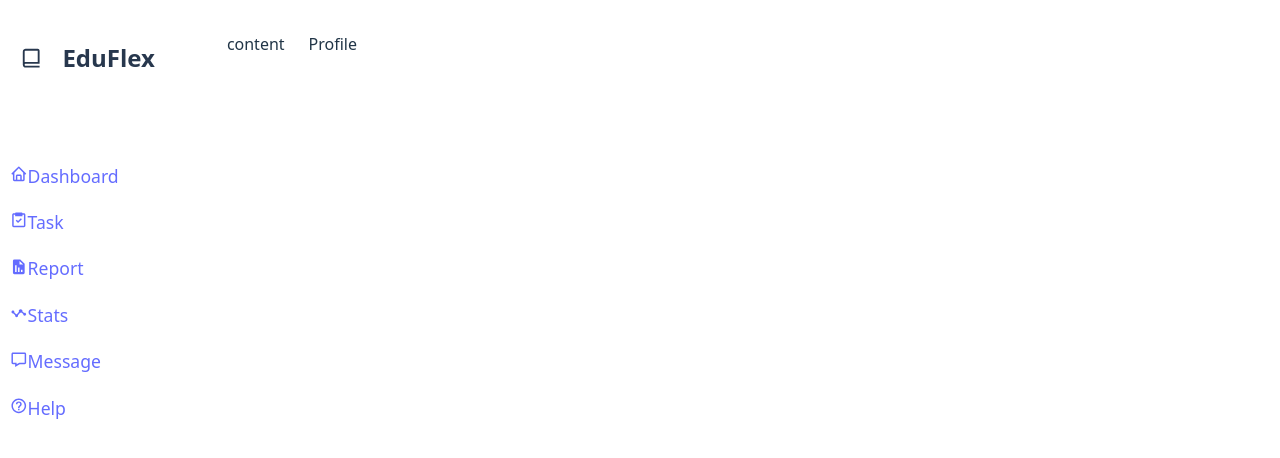
Repository: gogg23/react-dash
Page: /
These files come from the project's save history. The page is drawn as it stood at one moment and after the next save; the edit follows.
The browser window is 1280 px wide. The pictures show the whole page.
The project was rebuilt for these pictures with package versions that can differ from the ones it lists, and the page was loaded fresh each time. Also part of the build but not shown: vite.config.js.

Above is the page before, as saved 2025-03-28 17:25:53.

### index.html
<!DOCTYPE html>
<html lang="en">
  <head>
    <meta charset="UTF-8" />
    <link rel="icon" type="image/svg+xml" href="/vite.svg" />
    <meta name="viewport" content="width=device-width, initial-scale=1.0" />
    <title>React Dashboard</title>
  </head>
  <body>
    <div id="root"></div>
    <script type="module" src="/src/main.jsx"></script>
  </body>
</html>

### src/App.jsx
import React from 'react';
import Sidebar from './components/Sidebar';
import Content from './components/Content';
import Profile from './components/Profile';
import './App.css';

const App = () => {
  return (
    <div className='dashboard'>
      <Sidebar />
      <div className='dashboard--content'>
        <>
          <Content />
          <Profile />
        </>
      </div>
    </div>
  );
};

export default App;

### src/components/Sidebar.jsx
import React from 'react';
import {
  BiHome,
  BiBookAlt,
  BiTask,
  BiMessage,
  BiSolidReport,
  BiStats,
  BiHelpCircle,
  BiTaskX,
} from 'react-icons/bi';
import '../styles/Sidebar.css';
const Sidebar = () => {
  return (
    <div className='menu'>
      <div className='logo'>
        <BiBookAlt className='logo-icon' />
        <h2>EduFlex</h2>
      </div>

      <div className='menu--items'>
        <a href='' className='item'>
          <BiHome />
          Dashboard
        </a>
        <a href='' className='item'>
          <BiTask />
          Task
        </a>
        <a href='' className='item'>
          <BiSolidReport />
          Report
        </a>
        <a href='' className='item'>
          <BiStats />
          Stats
        </a>
        <a href='' className='item'>
          <BiMessage />
          Message
        </a>
        <a href='' className='item'>
          <BiHelpCircle />
          Help
        </a>
      </div>
    </div>
  );
};

export default Sidebar;

### src/components/Content.jsx
import React from 'react';

function content() {
  return <div>content</div>;
}

export default content;

### src/components/Profile.jsx
import React from 'react';

function Profile() {
  return <div className='profile'>Profile</div>;
}
export default Profile;

### src/App.css
.dashboard {
  display: flex;
  gap: 20px;
}

.dashboard--content {
  background: #fff;
  flex: 1;
  border-radius: 20px;
  padding: 2rem;
  display: flex;
  gap: 1.5rem;
  justify-content: space-between;
}

### src/styles/sidebar.css
.sidebar {
  background-color: #dde6ed; /* Adjust to match your desired grey */
  width: 250px; /* Ensure proper width */
  height: 100vh; /* Full height */
  padding: 20px;
}

/* Menu container */
.menu {
  display: flex;
  flex-direction: column;
  gap: 2.3rem;
  height: 94vh;
}

/* Logo styles */
.logo {
  text-align: center;
  padding: 20px;
  color: #27374d;
  align-items: center;
  display: flex;
  gap: 20px;
}

.logo-icon {
  font-size: 1.4rem;
}

/* Menu items */
.menu--items {
  display: flex;
  flex-direction: column;
  gap: 20px;
  font-size: 1.1rem;
  text-decoration: none;
  font-weight: 600;
  padding: 10px;
  border-radius: 10px;
  transition: 0.3s ease-in-out;
  color: #27374d;
}

/* Menu item hover effect */
.menu--items .item:hover {
  background-color: #27374d;
  color: #dde6ed;
}

Loaded but not shown: src/main.jsx (common file); src/index.css (common file)

After the next save:
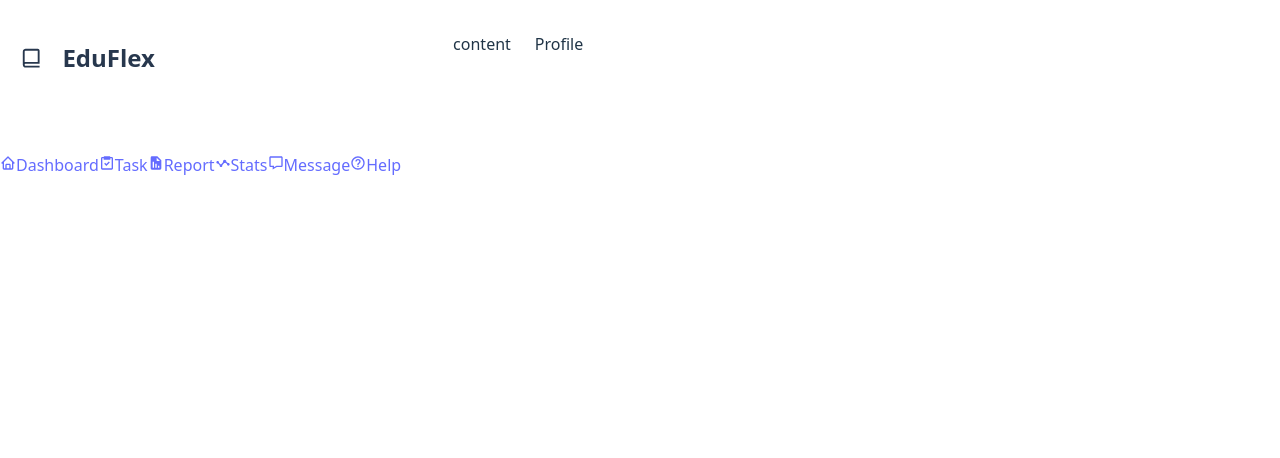
Saved 7 min 25 s later.
--- a/src/components/Sidebar.jsx
+++ b/src/components/Sidebar.jsx
@@ -18,7 +18,7 @@
         <h2>EduFlex</h2>
       </div>
 
-      <div className='menu--items'>
+      <div className='menu--list'>
         <a href='' className='item'>
           <BiHome />
           Dashboard

After the 3 saves that followed:
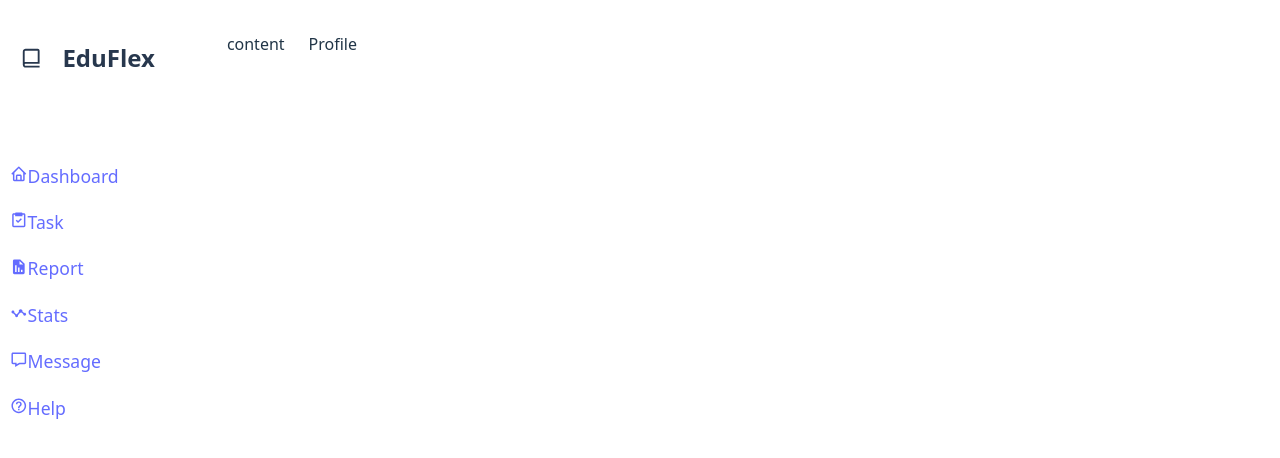
The 3 saves are shown as one change because 2 left the picture as it was.
The last was saved 13 min 17 s later.
--- a/src/components/Sidebar.jsx
+++ b/src/components/Sidebar.jsx
@@ -18,8 +18,8 @@
         <h2>EduFlex</h2>
       </div>
 
-      <div className='menu--list'>
-        <a href='' className='item'>
+      <div className='menu--items'>
+        <a href='' className='item active'>
           <BiHome />
           Dashboard
         </a>
